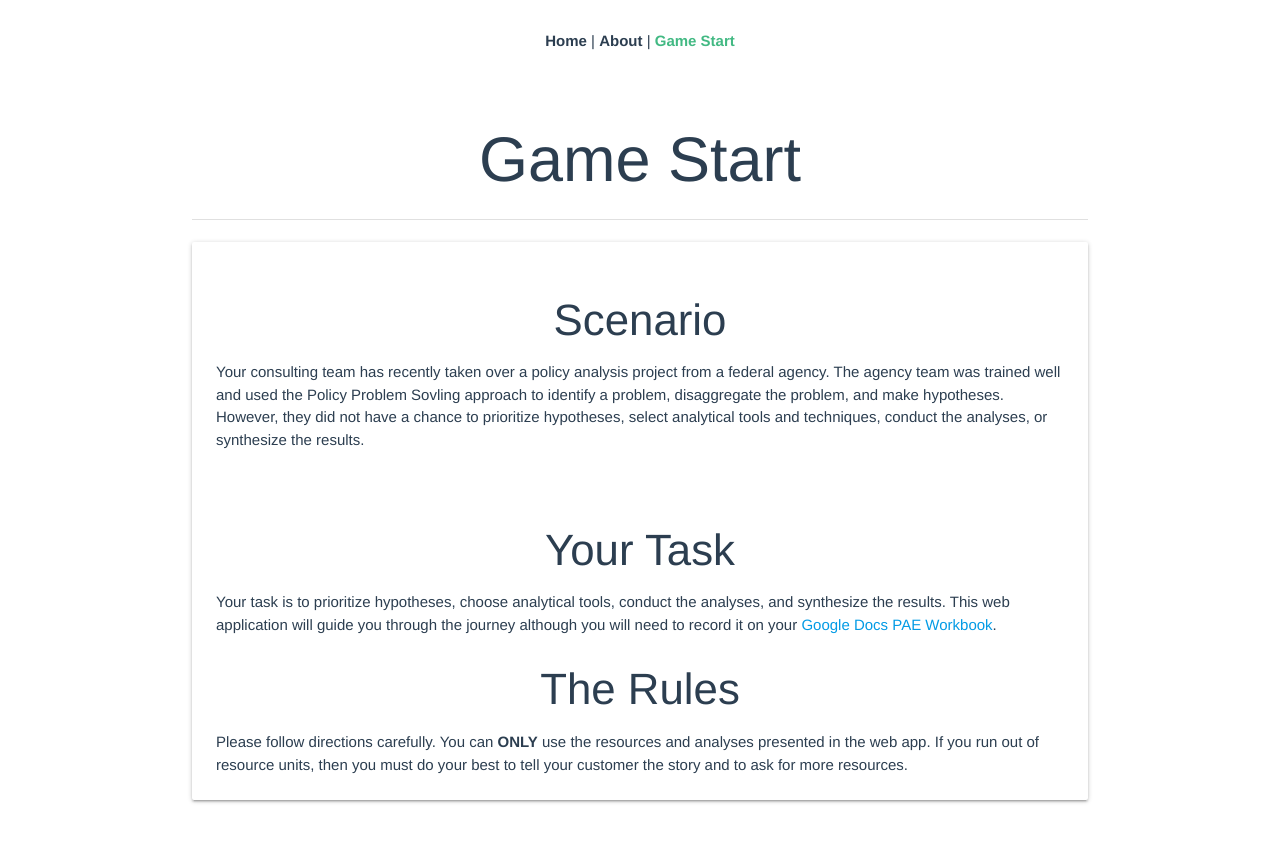
Repository: gallard28/posc4210app
Page: /#/start
These files come from the project's save history. The page is drawn as it stood at one moment and after the next save; the edit follows.
The browser window is 1280 px wide. The pictures show the whole page.
The project was rebuilt for these pictures with package versions that can differ from the ones it lists, and the page was loaded fresh each time. Also part of the build but not shown: src/views/Home.vue.

Above is the page before, as saved 2020-09-20 19:00:21.

After the next save:
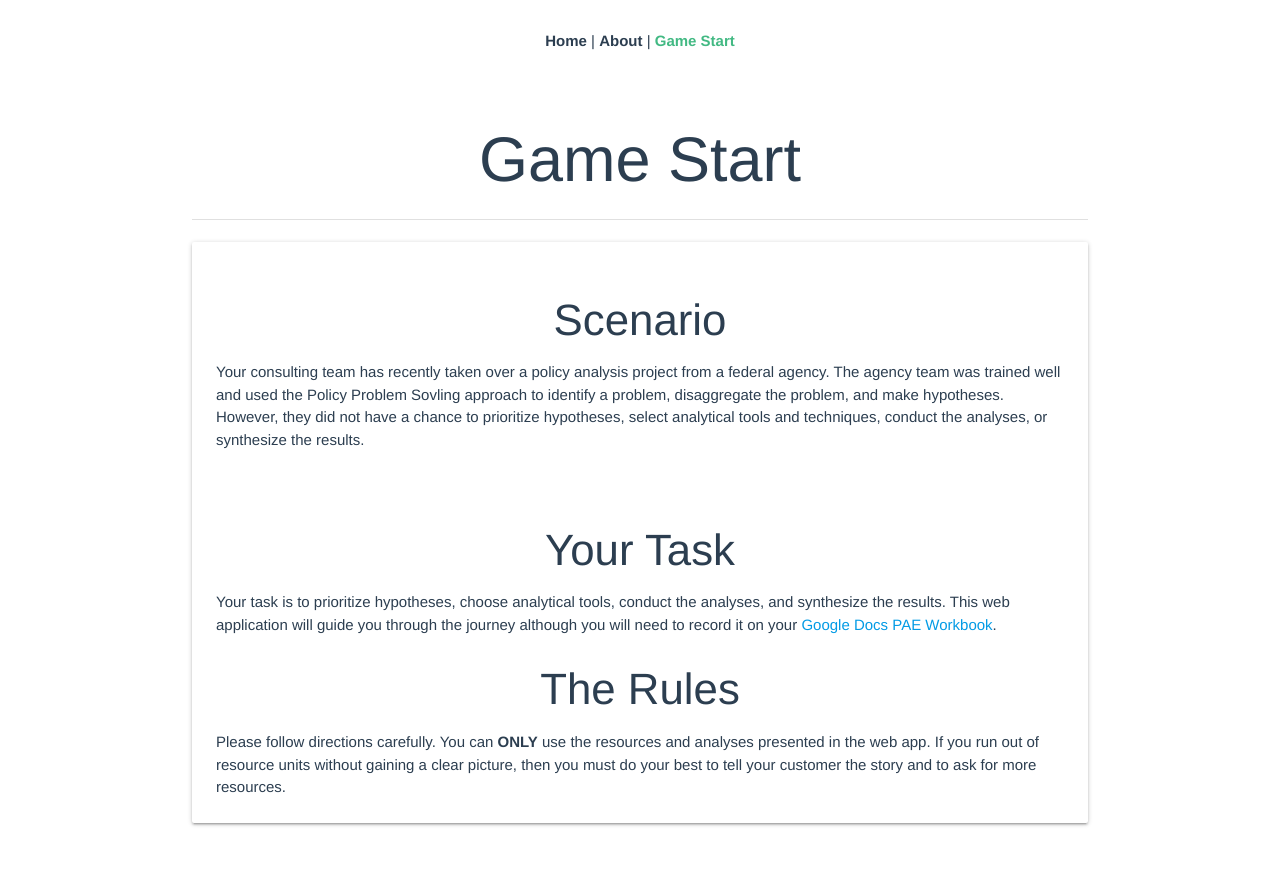
Saved 13 s later.
--- a/src/views/Start.vue
+++ b/src/views/Start.vue
@@ -16,7 +16,7 @@
             </p>
             <h3>The Rules</h3>
             <p class="left-align">
-              Please follow directions carefully. You can <b>ONLY</b> use the resources and analyses presented in the web app. If you run out of resource units, then you must do your best to tell your customer the story and to ask for more resources.
+              Please follow directions carefully. You can <b>ONLY</b> use the resources and analyses presented in the web app. If you run out of resource units without gaining a clear picture, then you must do your best to tell your customer the story and to ask for more resources.
             </p>
           </div>
         </div>
